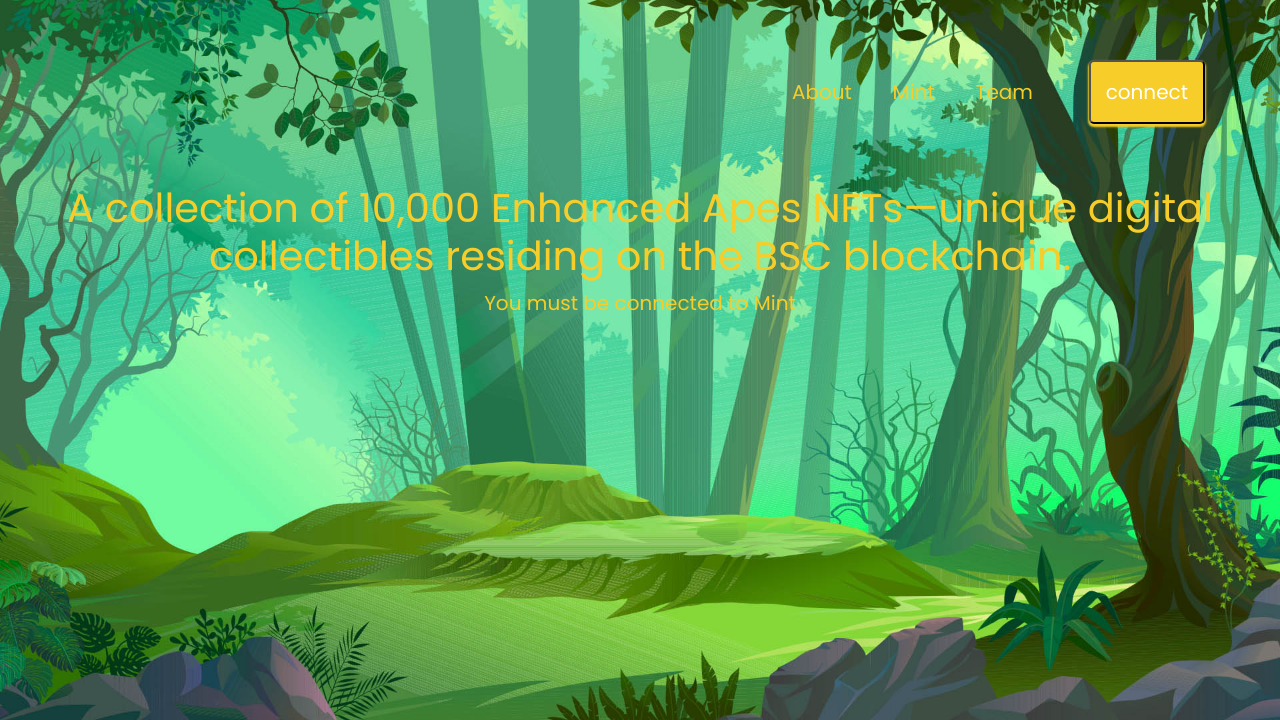
Repository: Stephegbenga/Minting-Dapp
Page: /
These files come from the project's save history. The page is drawn as it stood at one moment and after the next save; the edit follows.
The browser window is 1280 px wide. The pictures show the whole page.
The project was rebuilt for these pictures with package versions that can differ from the ones it lists, and the page was loaded fresh each time.

Above is the page before, as saved 2022-04-07 17:05:44.

After the next save:
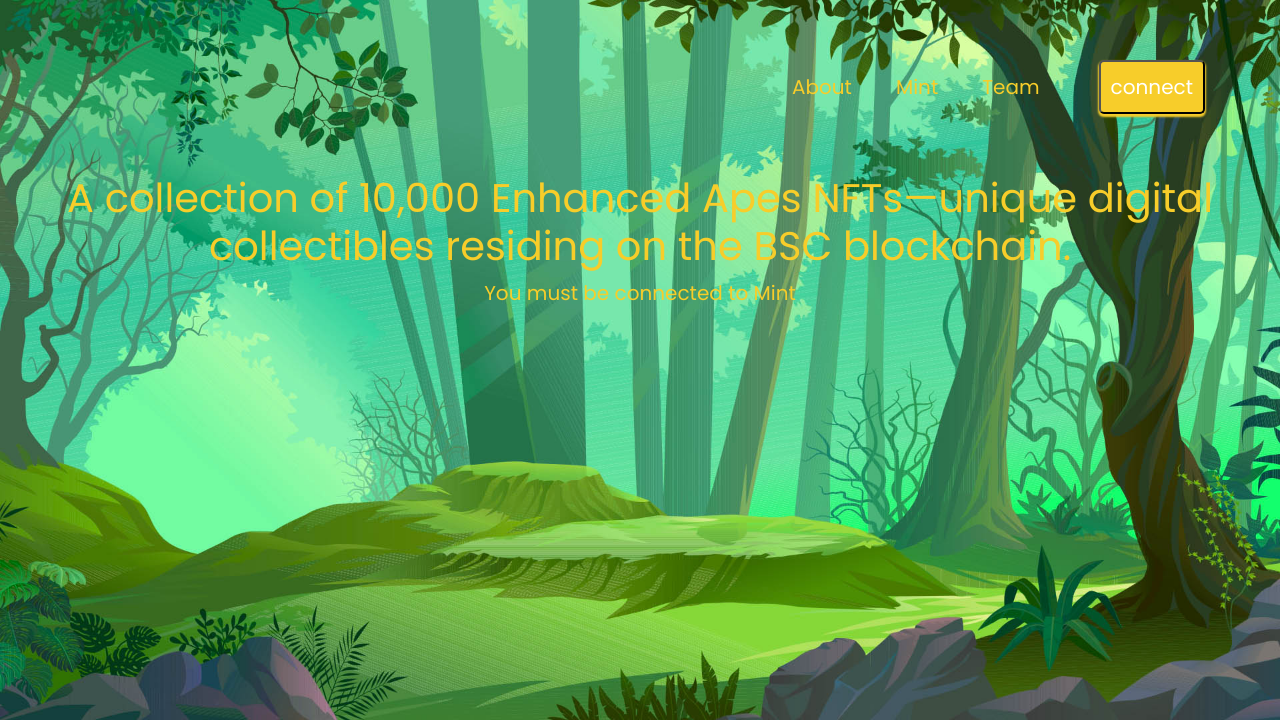
Saved 21 s later.
--- a/src/NavBar.js
+++ b/src/NavBar.js
@@ -46,7 +46,7 @@ const Navbar = ({ accounts, setAccounts }) => {
                     boxShadow="0px 2px 2px 1px #f7cd2a"
                     color="white"
                     fontFamily="inherit"
-                    padding="15px"
+                    padding="10px"
                     margin="0 15px"
                     onClick={connectAccount}
                 >
